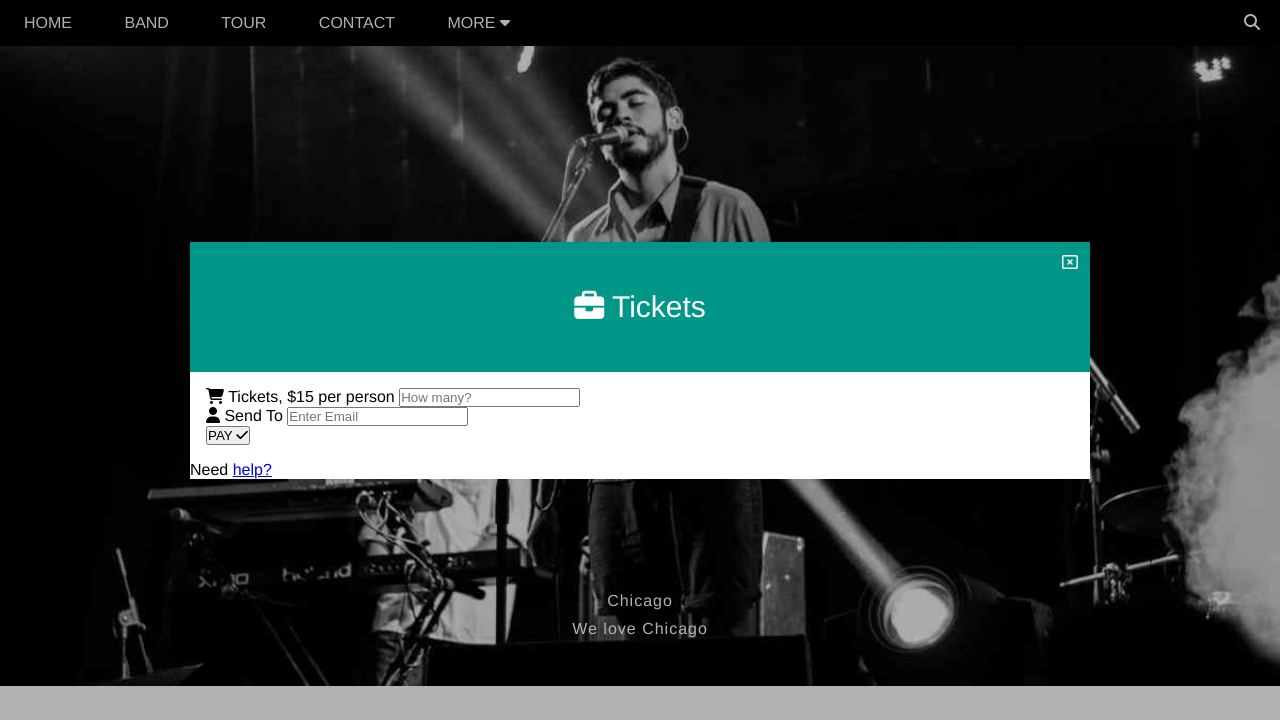
Repository: NguyenMinhChau/Theband
Page: index.html
An editor plug-in stored every save of this project. The page is shown before and after the next save, followed by the edit.
The browser window is 1280 px wide. The pictures show the window.
A layer covers the whole window, so only the first screen is drawn. Some web libraries are served in a nearby version.

Above is the page before, as saved 2021-10-23 13:07:04.

After the next save:
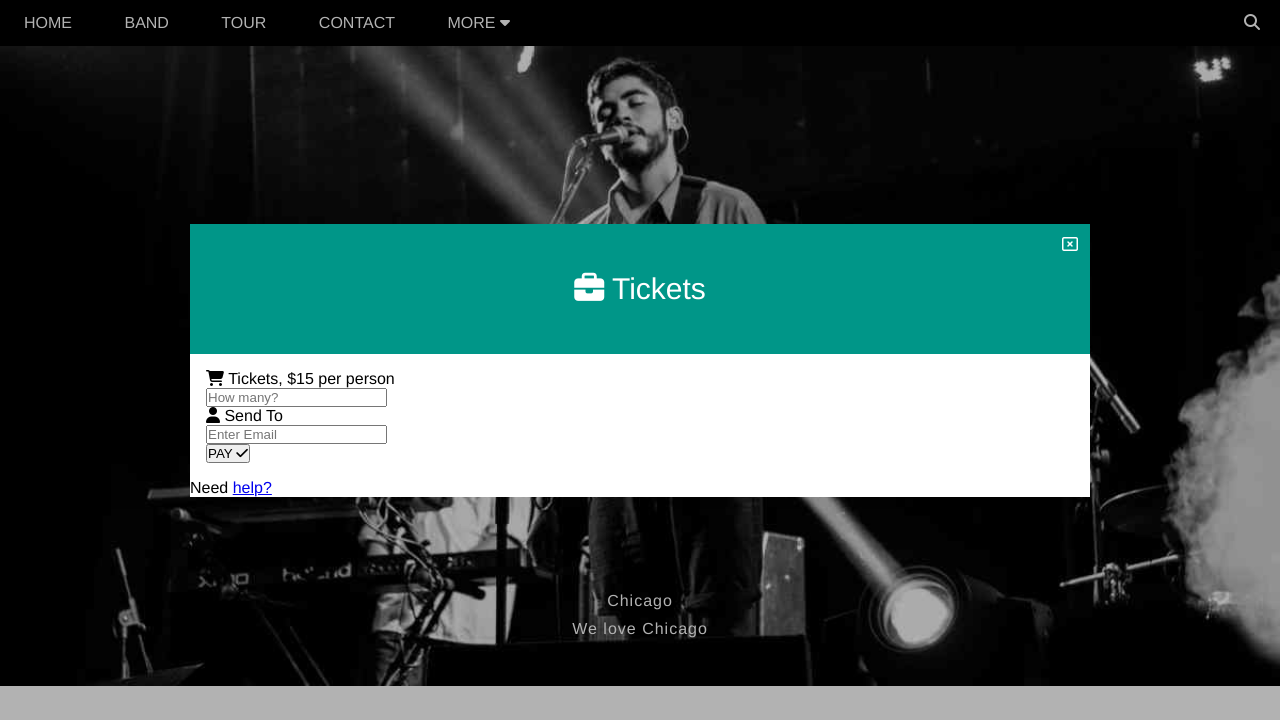
Saved 7 s later.
--- a/assets/css/style.css
+++ b/assets/css/style.css
@@ -344,7 +344,7 @@
 }
 
 .modal-label{
-    width:
+    display: block;
 }
 
 .modal-input{
